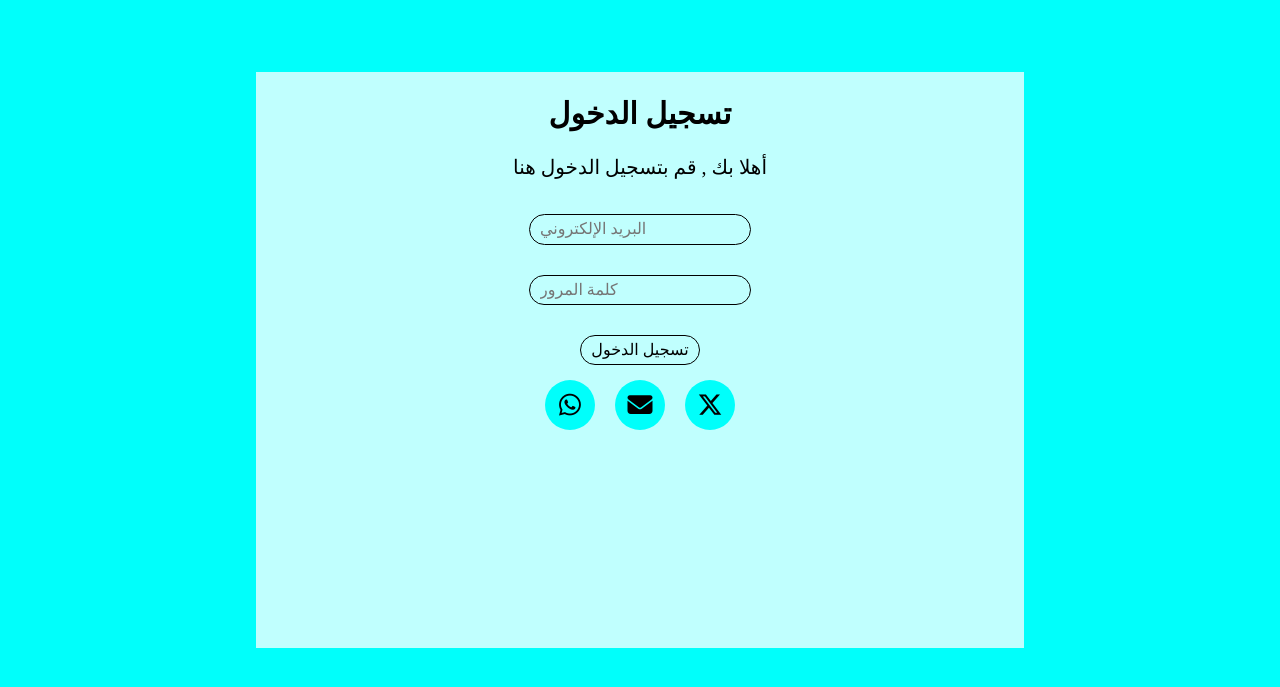
Repository: FaisalFahed/login-page
Page: html/صفحة تسجيل دخول.html
These files come from the project's save history. The page is drawn as it stood at one moment and after the next save; the edit follows.
The browser window is 1280 px wide. The pictures show the whole page.
Some web fonts or font styles are not loaded; a fallback is used.

Above is the page before, as saved 2025-04-01 08:47:26.

### html/صفحة تسجيل دخول.html
<!DOCTYPE html>
<html lang="en">
<head>
    <meta charset="UTF-8">
    <meta name="viewport" content="width=device-width, initial-scale=1.0">
    <link rel="stylesheet" href="css/normlaize.css">
    <link rel="stylesheet" href="../css/صفحة تسجيل دخول.css">
    <!-- Font Awesome -->
    <link rel="stylesheet" href="../css/all.min.css">
    <!-- Google Fonts -->
    <link rel="preconnect" href="https://fonts.googleapis.com">
    <link rel="preconnect" href="https://fonts.gstatic.com" crossorigin>
    <link href="https://fonts.googleapis.com/css2?family=Markazi+Text:wght@400..700&display=swap" rel="stylesheet">
    <title>Faisal | صفحة تسجيل دخول</title>
</head>
    <body>
        <div class="container">
            <div class="text">
                <h2>تسجيل الدخول</h2>
                <p>أهلا بك , قم بتسجيل الدخول هنا</p>
            </div>
            <div class="log-in">
                <input type="email" placeholder="البريد الإلكتروني">
                <input type="password" placeholder="كلمة المرور">
                <input type="submit" value="تسجيل الدخول">
            </div>
            <div class="icons">
                <ul>
                    <li><a href="#"><i class="fa-brands fa-whatsapp"></i></a></li>
                    <li><a href="#"><i class="fa-solid fa-envelope"></i></a></li>
                    <li><a href="#"><i class="fa-brands fa-x-twitter"></i></a></li>
                </ul>
            </div>
        </div>
    </body>
</html>

### css/normlaize.css
/*! normalize.css v8.0.1 | MIT License | github.com/necolas/normalize.css */

/* Document
   ========================================================================== */

/**
 * 1. Correct the line height in all browsers.
 * 2. Prevent adjustments of font size after orientation changes in iOS.
 */

 html {
  line-height: 1.15; /* 1 */
  -webkit-text-size-adjust: 100%; /* 2 */
}

/* Sections
   ========================================================================== */

/**
 * Remove the margin in all browsers.
 */

body {
  margin: 0;
}

/**
 * Render the `main` element consistently in IE.
 */

main {
  display: block;
}

/**
 * Correct the font size and margin on `h1` elements within `section` and
 * `article` contexts in Chrome, Firefox, and Safari.
 */

h1 {
  font-size: 2em;
  margin: 0.67em 0;
}

/* Grouping content
   ========================================================================== */

/**
 * 1. Add the correct box sizing in Firefox.
 * 2. Show the overflow in Edge and IE.
 */

hr {
  box-sizing: content-box; /* 1 */
  height: 0; /* 1 */
  overflow: visible; /* 2 */
}

/**
 * 1. Correct the inheritance and scaling of font size in all browsers.
 * 2. Correct the odd `em` font sizing in all browsers.
 */

pre {
  font-family: monospace, monospace; /* 1 */
  font-size: 1em; /* 2 */
}

/* Text-level semantics
   ========================================================================== */

/**
 * Remove the gray background on active links in IE 10.
 */

a {
  background-color: transparent;
}

/**
 * 1. Remove the bottom border in Chrome 57-
 * 2. Add the correct text decoration in Chrome, Edge, IE, Opera, and Safari.
 */

abbr[title] {
  border-bottom: none; /* 1 */
  text-decoration: underline; /* 2 */
  text-decoration: underline dotted; /* 2 */
}

/**
 * Add the correct font weight in Chrome, Edge, and Safari.
 */

b,
strong {
  font-weight: bolder;
}

/**
 * 1. Correct the inheritance and scaling of font size in all browsers.
 * 2. Correct the odd `em` font sizing in all browsers.
 */

code,
kbd,
samp {
  font-family: monospace, monospace; /* 1 */
  font-size: 1em; /* 2 */
}

/**
 * Add the correct font size in all browsers.
 */

small {
  font-size: 80%;
}

/**
 * Prevent `sub` and `sup` elements from affecting the line height in
 * all browsers.
 */

sub,
sup {
  font-size: 75%;
  line-height: 0;
  position: relative;
  vertical-align: baseline;
}

sub {
  bottom: -0.25em;
}

sup {
  top: -0.5em;
}

/* Embedded content
   ========================================================================== */

/**
 * Remove the border on images inside links in IE 10.
 */

img {
  border-style: none;
}

/* Forms
   ========================================================================== */

/**
 * 1. Change the font styles in all browsers.
 * 2. Remove the margin in Firefox and Safari.
 */

button,
input,
optgroup,
select,
textarea {
  font-family: inherit; /* 1 */
  font-size: 100%; /* 1 */
  line-height: 1.15; /* 1 */
  margin: 0; /* 2 */
}

/**
 * Show the overflow in IE.
 * 1. Show the overflow in Edge.
 */

button,
input { /* 1 */
  overflow: visible;
}

/**
 * Remove the inheritance of text transform in Edge, Firefox, and IE.
 * 1. Remove the inheritance of text transform in Firefox.
 */

button,
select { /* 1 */
  text-transform: none;
}

/**
 * Correct the inability to style clickable types in iOS and Safari.
 */

button,
[type="button"],
[type="reset"],
[type="submit"] {
  -webkit-appearance: button;
}

/**
 * Remove the inner border and padding in Firefox.
 */

button::-moz-focus-inner,
[type="button"]::-moz-focus-inner,
[type="reset"]::-moz-focus-inner,
[type="submit"]::-moz-focus-inner {
  border-style: none;
  padding: 0;
}

/**
 * Restore the focus styles unset by the previous rule.
 */

button:-moz-focusring,
[type="button"]:-moz-focusring,
[type="reset"]:-moz-focusring,
[type="submit"]:-moz-focusring {
  outline: 1px dotted ButtonText;
}

/**
 * Correct the padding in Firefox.
 */

fieldset {
  padding: 0.35em 0.75em 0.625em;
}

/**
 * 1. Correct the text wrapping in Edge and IE.
 * 2. Correct the color inheritance from `fieldset` elements in IE.
 * 3. Remove the padding so developers are not caught out when they zero out
 *    `fieldset` elements in all browsers.
 */

legend {
  box-sizing: border-box; /* 1 */
  color: inherit; /* 2 */
  display: table; /* 1 */
  max-width: 100%; /* 1 */
  padding: 0; /* 3 */
  white-space: normal; /* 1 */
}

/**
 * Add the correct vertical alignment in Chrome, Firefox, and Opera.
 */

progress {
  vertical-align: baseline;
}

/**
 * Remove the default vertical scrollbar in IE 10+.
 */

textarea {
  overflow: auto;
}

/**
 * 1. Add the correct box sizing in IE 10.
 * 2. Remove the padding in IE 10.
 */

[type="checkbox"],
[type="radio"] {
  box-sizing: border-box; /* 1 */
  padding: 0; /* 2 */
}

/**
 * Correct the cursor style of increment and decrement buttons in Chrome.
 */

[type="number"]::-webkit-inner-spin-button,
[type="number"]::-webkit-outer-spin-button {
  height: auto;
}

/**
 * 1. Correct the odd appearance in Chrome and Safari.
 * 2. Correct the outline style in Safari.
 */

[type="search"] {
  -webkit-appearance: textfield; /* 1 */
  outline-offset: -2px; /* 2 */
}

/**
 * Remove the inner padding in Chrome and Safari on macOS.
 */

[type="search"]::-webkit-search-decoration {
  -webkit-appearance: none;
}

/**
 * 1. Correct the inability to style clickable types in iOS and Safari.
 * 2. Change font properties to `inherit` in Safari.
 */

::-webkit-file-upload-button {
  -webkit-appearance: button; /* 1 */
  font: inherit; /* 2 */
}

/* Interactive
   ========================================================================== */

/*
 * Add the correct display in Edge, IE 10+, and Firefox.
 */

details {
  display: block;
}

/*
 * Add the correct display in all browsers.
 */

summary {
  display: list-item;
}

/* Misc
   ========================================================================== */

/**
 * Add the correct display in IE 10+.
 */

template {
  display: none;
}

/**
 * Add the correct display in IE 10.
 */

[hidden] {
  display: none;
}

### css/صفحة تسجيل دخول.css
*{
    box-sizing: border-box;
}

:root{
    --main-color: #ff1f1fd6;
    --main-color-alt: #1787E0;
    --main-transition-duration: 0.3s;
    --main-padding-top: 100px;
    --main-padding-bottom: 100px;
    --section-background: #ECECEC;
}

html{
    scroll-behavior: smooth;
}

body{
    font-family: "Markazi Text", serif;
    background-color: #00fffb;
    display: flex;
    width: 100vw;
    height: 100vh;
    justify-content: center;
    align-items: center;
}

a{
    text-decoration: none;
}

ul{
    list-style: none;
    padding: 0;
    margin: 0;
}

.container{
    padding-left: 15px;
    padding-right: 15px;
    margin-left: auto;
    margin-right: auto;
    background-color: rgba(255, 255, 255, 0.753);
    height: 80vh;
    width: 60vw;
    text-align: center;
}

.text{
    font-size: 20px;
}
.log-in{
    display: flex;
    flex-direction: column;
    align-items: center;
    justify-content: center;
}
.log-in input{
    border: none;
    outline: none;
    padding: 5px 10px;
    margin: 15px 0;
    background-color: transparent;
    border: 1px solid black;
    border-radius: 16px;
    position: relative;
}

.icons ul{
    display: flex;
    align-items: center;
    justify-content: center;
}
.icons ul li a{
    color: black;
}
.icons ul li a i{
    margin-top: 50px;
    display: flex;
    justify-content: center;
    align-items: center;
    background-color: rgb(0, 255, 251);
    font-size: 25px;
    width: 50px;
    height: 50px;
    border-radius: 50%;
}
.icons ul li a i:nth-child(1){
    margin: 0 10px;
}
/* @media (min-width:768px){
    .container{
        width: 750px;
    }
}

@media (min-width:992px){
    .container{
        width: 970px;
    }
}

@media (min-width:1200px){
    .container{
        width: 1170px;
    }
} */

Loaded but not shown: css/all.min.css (library)

After the next save:
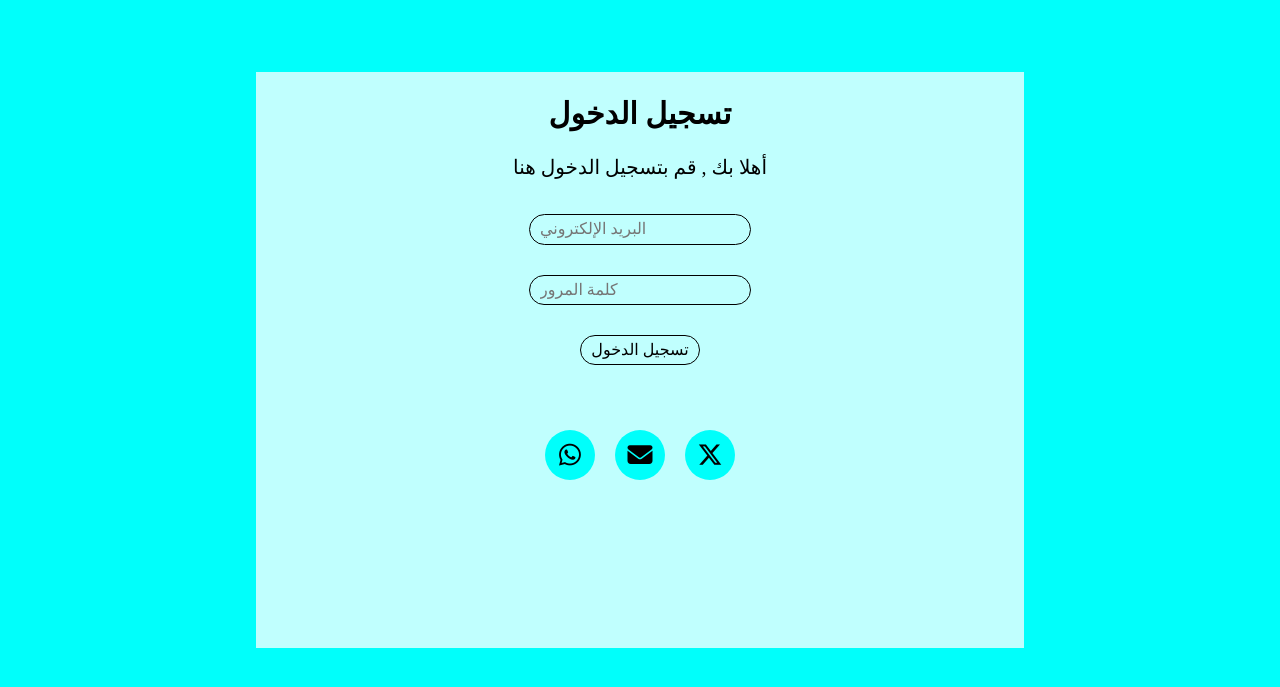
Saved 17 s later.
--- a/css/صفحة تسجيل دخول.css
+++ b/css/صفحة تسجيل دخول.css
@@ -86,7 +86,7 @@ ul{
     border-radius: 50%;
 }
 .icons ul li a i:nth-child(1){
-    margin: 0 10px;
+    margin: 50px 10px;
 }
 /* @media (min-width:768px){
     .container{
